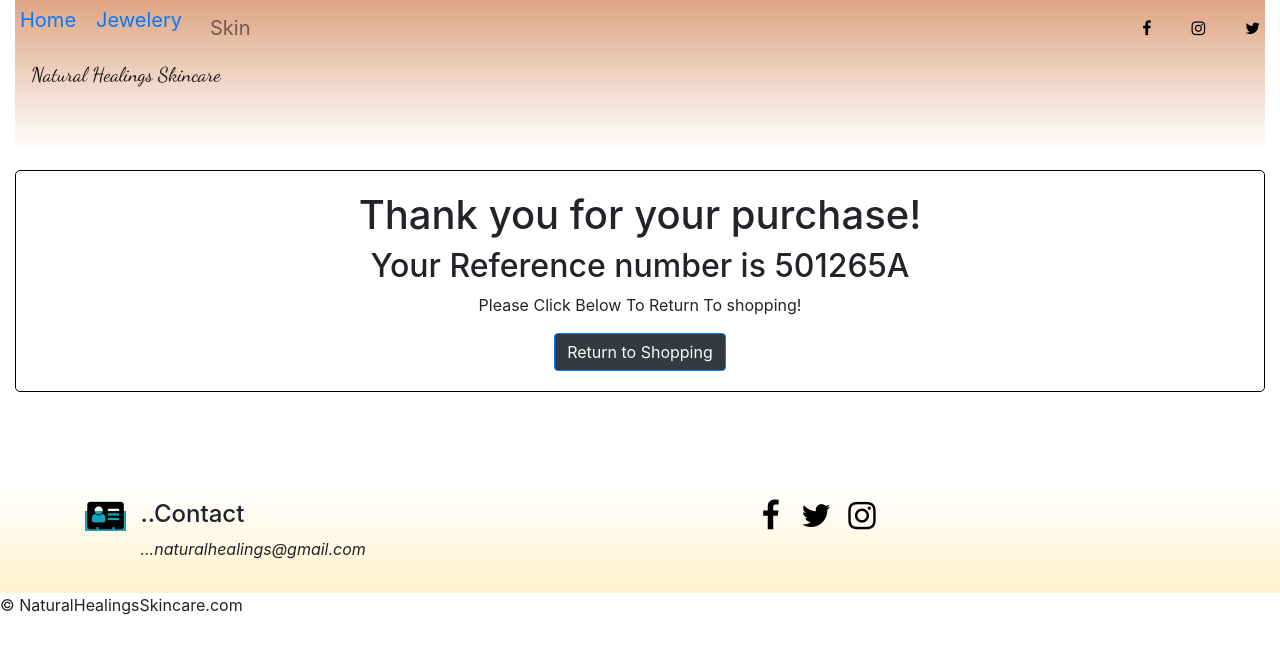
Repository: aliciarawlings/first-milestone
Page: thankyou.html
The author's editor kept a record of every edit. The page is drawn from the files as they stood at one moment, then again after the next edit.
The browser window is 1280 px wide. The pictures show the whole page.
Some web fonts or font styles are not loaded; a fallback is used.

Above is the page before.

After the next edit:
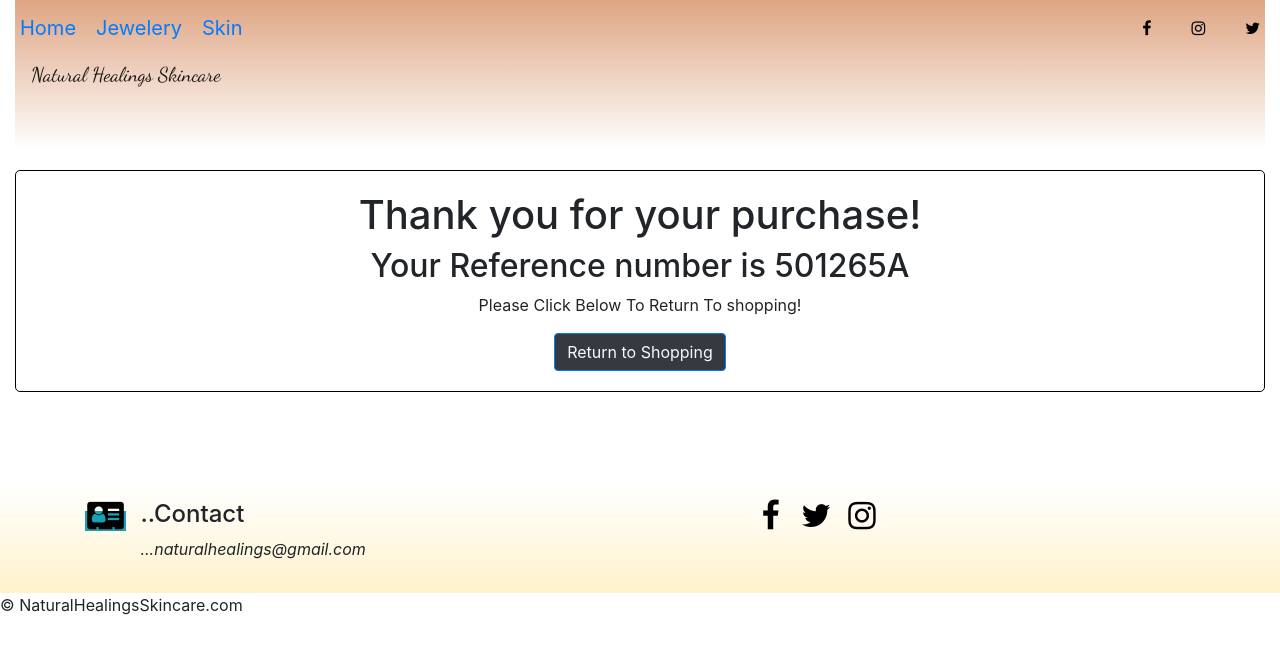
The edit:
--- a/thankyou.html
+++ b/thankyou.html
@@ -32,7 +32,7 @@
           <a class="nav-brand"  href="jewelery.html">Jewelery</a>
         </li>
         <li class="nav-item">
-          <a class="nav-link"  href="skincare.html">Skin</a>
+          <a class="nav-brand"  href="skincare.html">Skin</a>
 
         </li>
       </ul>
